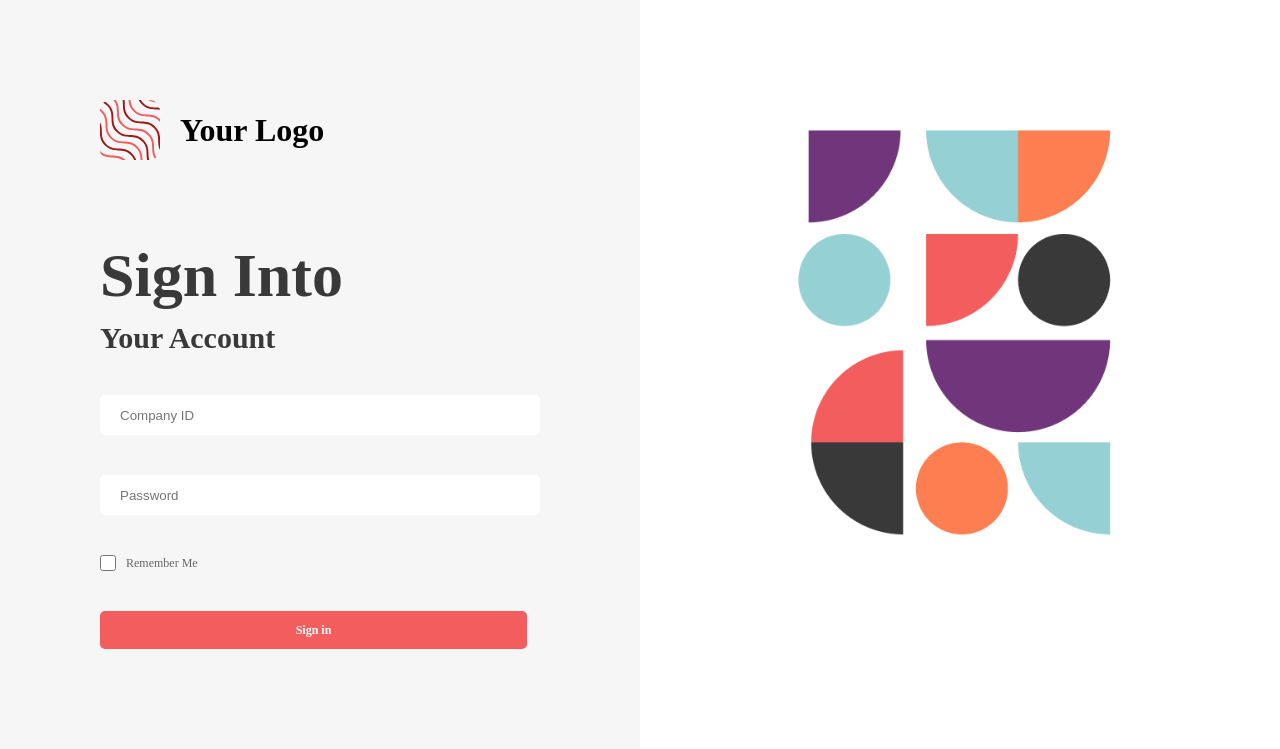
Repository: kubrazamanova/Form-lesson2
Page: index.html
The author's editor kept a copy of each file at every save. The page is drawn from the files as they stood at one save, then again after a run of saves.
The browser window is 1280 px wide. The pictures show the whole page.

Above is the page before, as saved 2023-10-28 10:39:56.

After the next 2 saves:
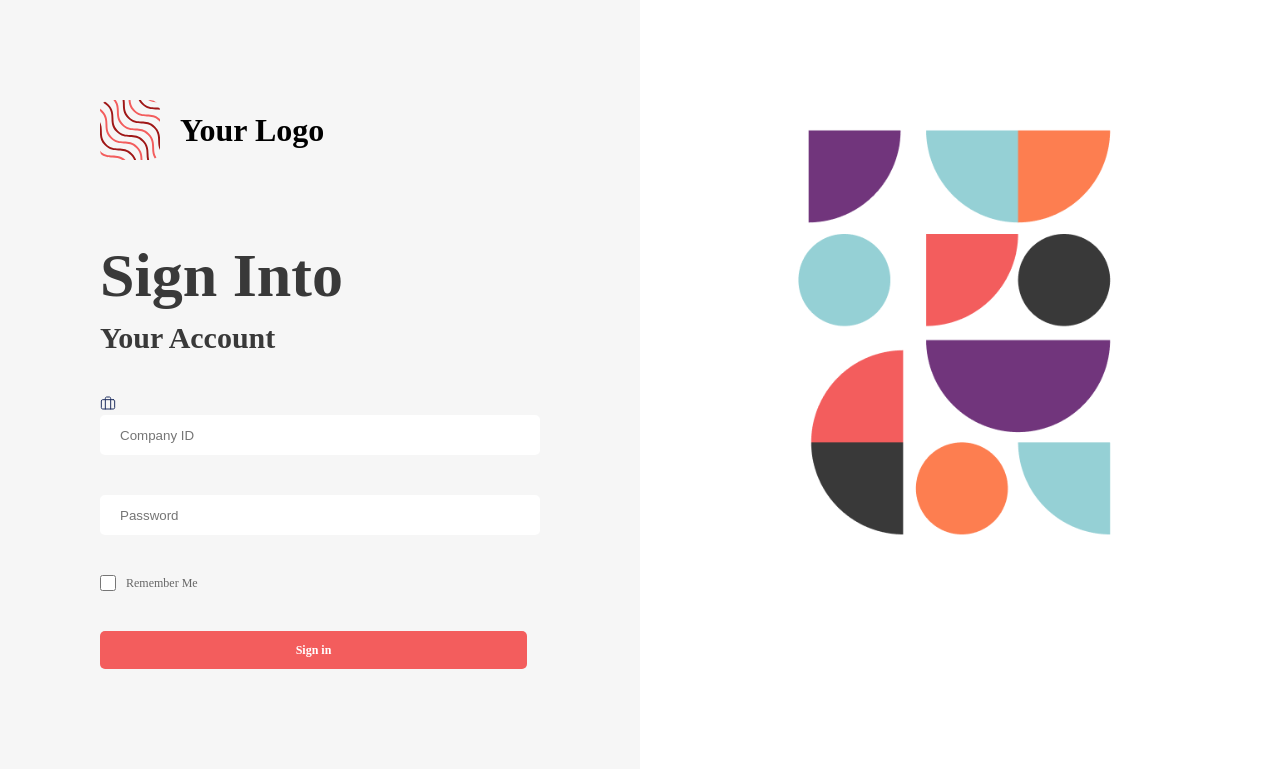
The 2 saves are shown as one change because they came seconds apart.
The last was saved 60 s later.
--- a/index.html
+++ b/index.html
@@ -75,8 +75,11 @@
         <p>Your Account</p>
         <form action="">
           <label for="">
+            <svg xmlns="http://www.w3.org/2000/svg" width="16" height="16" viewBox="0 0 16 16" fill="none">
+              <path d="M13.3333 4.66667H2.66665C1.93027 4.66667 1.33331 5.26363 1.33331 6.00001V12.6667C1.33331 13.4031 1.93027 14 2.66665 14H13.3333C14.0697 14 14.6666 13.4031 14.6666 12.6667V6.00001C14.6666 5.26363 14.0697 4.66667 13.3333 4.66667Z" stroke="#203060" stroke-linecap="round" stroke-linejoin="round"/>
+              <path d="M10.6666 14V3.33333C10.6666 2.97971 10.5262 2.64057 10.2761 2.39052C10.0261 2.14048 9.68694 2 9.33331 2H6.66665C6.31302 2 5.97389 2.14048 5.72384 2.39052C5.47379 2.64057 5.33331 2.97971 5.33331 3.33333V14" stroke="#203060" stroke-linecap="round" stroke-linejoin="round"/>
+              </svg>
             <input class="user-info-input" type="text" placeholder="Company ID" />
-
           </label>
           <input class="user-info-input"  type="password" placeholder="Password" />
           <div class="remember">
